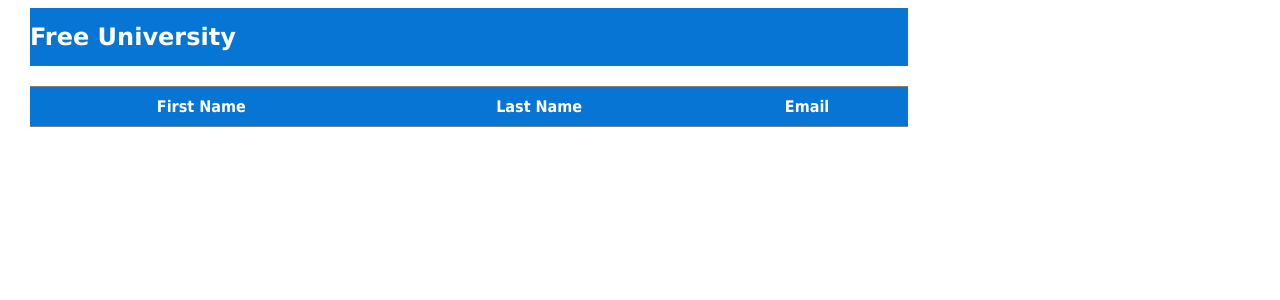
Repository: Vijay-Ky/JavaFSD-DSU
Page: http://localhost/Web-Student-Tracker/StudentControllerServlet
The author's editor kept a copy of each file at every save. The page is drawn from the files as they stood at one save, then again after the next save.
The browser window is 1280 px wide. The pictures show the whole page.
The page is served by Tomcat 9. Queries for data that is not in the repository find no rows.

Above is the page before, as saved 2021-06-10 11:36:12.

After the next save:
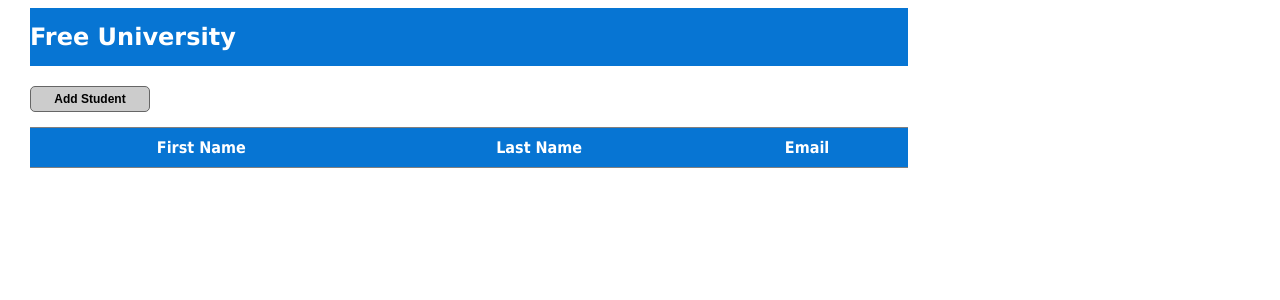
Saved 2 min 5 s later.
--- a/projects/DatabaseAppJDBC,Servlet,JSP/Web-Student-Tracker/WebContent/list-students.jsp
+++ b/projects/DatabaseAppJDBC,Servlet,JSP/Web-Student-Tracker/WebContent/list-students.jsp
@@ -27,6 +27,14 @@
 
 		<div id="content">
 
+		<!-- put new button: Add Student -->
+
+			<input type="button" value="Add Student"
+				   onclick="window.location.href='add-student-form.jsp'; return false;"
+				   class="add-student-button"
+			/>
+
+
 			<table>
 
 				<tr>
